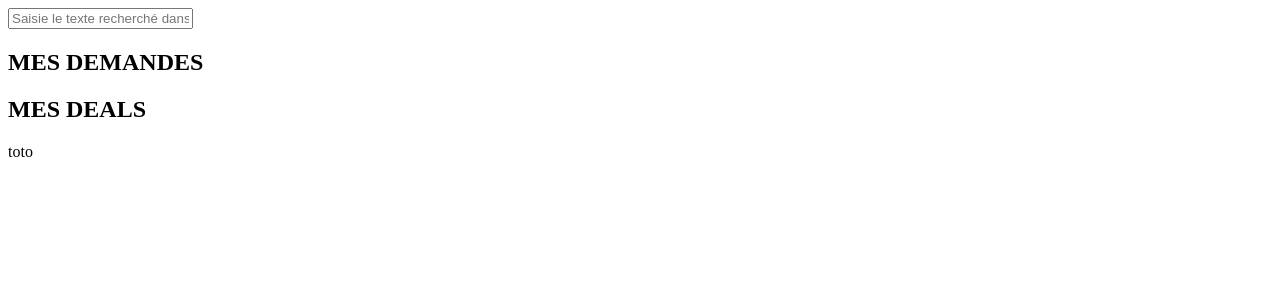
Repository: ProjetManiax/Projet-Maniax
Page: http://localhost/database/application/views/viewDeal.php
The author's editor kept a copy of each file at every save. The page is drawn from the files as they stood at one save, then again after the next save.
The browser window is 1280 px wide. The pictures show the whole page.
The page is run by PHP 8.4 with error messages shown; the project is at /var/www/html/. application/core/MY_Config.php is not in the repository; a stand-in opens the database connection.

Above is the page before, as saved 2018-10-25 03:32:55.
Console error: SyntaxError: Unexpected token '<'

### application/views/viewDeal.php
<!DOCTYPE html>
<html lang="en">
<head>
<meta charset="utf-8" />
    <meta http-equiv="X-UA-Compatible" content="IE=edge">
    <title>Création d'un deal</title>
    <meta name="viewport" content="width=device-width, initial-scale=1">
    <script src='../jQuery/jquery-3.1.1.js'></script>
    <script src='../js/myFunctions.js'></script>
    <link rel="stylesheet" href="../css/bootstrap.min.css">
</head>
<body>
    <div>
        <input type="text" class="col-md-12 bg-light" placeholder="Saisie le texte recherché dans une offre">
    </div>
    <div class="row">
        <div class="col-md-6">
            <div>
                <h2>MES DEMANDES</h2>

            </div>
            <div>
                <h2 class="">MES DEALS</h2>
            </div>
        </div>
        <div class="col-md-6">
            <div>
            <p>toto</p>
            </div>
            <div>

            </div>
        </div>
    </div>

</body>
</html>

### index.php
<?php
/**
 * CodeIgniter
 *
 * An open source application development framework for PHP
 *
 * This content is released under the MIT License (MIT)
 *
 * Copyright (c) 2014 - 2018, British Columbia Institute of Technology
 *
 * Permission is hereby granted, free of charge, to any person obtaining a copy
 * of this software and associated documentation files (the "Software"), to deal
 * in the Software without restriction, including without limitation the rights
 * to use, copy, modify, merge, publish, distribute, sublicense, and/or sell
 * copies of the Software, and to permit persons to whom the Software is
 * furnished to do so, subject to the following conditions:
 *
 * The above copyright notice and this permission notice shall be included in
 * all copies or substantial portions of the Software.
 *
 * THE SOFTWARE IS PROVIDED "AS IS", WITHOUT WARRANTY OF ANY KIND, EXPRESS OR
 * IMPLIED, INCLUDING BUT NOT LIMITED TO THE WARRANTIES OF MERCHANTABILITY,
 * FITNESS FOR A PARTICULAR PURPOSE AND NONINFRINGEMENT. IN NO EVENT SHALL THE
 * AUTHORS OR COPYRIGHT HOLDERS BE LIABLE FOR ANY CLAIM, DAMAGES OR OTHER
 * LIABILITY, WHETHER IN AN ACTION OF CONTRACT, TORT OR OTHERWISE, ARISING FROM,
 * OUT OF OR IN CONNECTION WITH THE SOFTWARE OR THE USE OR OTHER DEALINGS IN
 * THE SOFTWARE.
 *
 * @package	CodeIgniter
 * @author	EllisLab Dev Team
 * @copyright	Copyright (c) 2008 - 2014, EllisLab, Inc. (https://ellislab.com/)
 * @copyright	Copyright (c) 2014 - 2018, British Columbia Institute of Technology (http://bcit.ca/)
 * @license	http://opensource.org/licenses/MIT	MIT License
 * @link	https://codeigniter.com
 * @since	Version 1.0.0
 * @filesource
 */

/*
 *---------------------------------------------------------------
 * APPLICATION ENVIRONMENT
 *---------------------------------------------------------------
 *
 * You can load different configurations depending on your
 * current environment. Setting the environment also influences
 * things like logging and error reporting.
 *
 * This can be set to anything, but default usage is:
 *
 *     development
 *     testing
 *     production
 *
 * NOTE: If you change these, also change the error_reporting() code below
 */
	define('ENVIRONMENT', isset($_SERVER['CI_ENV']) ? $_SERVER['CI_ENV'] : 'development');

/*
 *---------------------------------------------------------------
 * ERROR REPORTING
 *---------------------------------------------------------------
 *
 * Different environments will require different levels of error reporting.
 * By default development will show errors but testing and live will hide them.
 */
switch (ENVIRONMENT)
{
	case 'development':
		error_reporting(-1);
		ini_set('display_errors', 1);
	break;

	case 'testing':
	case 'production':
		ini_set('display_errors', 0);
		if (version_compare(PHP_VERSION, '5.3', '>='))
		{
			error_reporting(E_ALL & ~E_NOTICE & ~E_DEPRECATED & ~E_STRICT & ~E_USER_NOTICE & ~E_USER_DEPRECATED);
		}
		else
		{
			error_reporting(E_ALL & ~E_NOTICE & ~E_STRICT & ~E_USER_NOTICE);
		}
	break;

	default:
		header('HTTP/1.1 503 Service Unavailable.', TRUE, 503);
		echo 'The application environment is not set correctly.';
		exit(1); // EXIT_ERROR
}

/*
 *---------------------------------------------------------------
 * SYSTEM DIRECTORY NAME
 *---------------------------------------------------------------
 *
 * This variable must contain the name of your "system" directory.
 * Set the path if it is not in the same directory as this file.
 */
	$system_path = 'system';

/*
 *---------------------------------------------------------------
 * APPLICATION DIRECTORY NAME
 *---------------------------------------------------------------
 *
 * If you want this front controller to use a different "application"
 * directory than the default one you can set its name here. The directory
 * can also be renamed or relocated anywhere on your server. If you do,
 * use an absolute (full) server path.
 * For more info please see the user guide:
 *
 * https://codeigniter.com/user_guide/general/managing_apps.html
 *
 * NO TRAILING SLASH!
 */
	$application_folder = 'application';

/*
 *---------------------------------------------------------------
 * VIEW DIRECTORY NAME
 *---------------------------------------------------------------
 *
 * If you want to move the view directory out of the application
 * directory, set the path to it here. The directory can be renamed
 * and relocated anywhere on your server. If blank, it will default
 * to the standard location inside your application directory.
 * If you do move this, use an absolute (full) server path.
 *
 * NO TRAILING SLASH!
 */
	$view_folder = '';


/*
 * --------------------------------------------------------------------
 * DEFAULT CONTROLLER
 * --------------------------------------------------------------------
 *
 * Normally you will set your default controller in the routes.php file.
 * You can, however, force a custom routing by hard-coding a
 * specific controller class/function here. For most applications, you
 * WILL NOT set your routing here, but it's an option for those
 * special instances where you might want to override the standard
 * routing in a specific front controller that shares a common CI installation.
 *
 * IMPORTANT: If you set the routing here, NO OTHER controller will be
 * callable. In essence, this preference limits your application to ONE
 * specific controller. Leave the function name blank if you need
 * to call functions dynamically via the URI.
 *
 * Un-comment the $routing array below to use this feature
 */
	// The directory name, relative to the "controllers" directory.  Leave blank
	// if your controller is not in a sub-directory within the "controllers" one
	// $routing['directory'] = '';

	// The controller class file name.  Example:  mycontroller
	// $routing['controller'] = '';

	// The controller function you wish to be called.
	// $routing['function']	= '';


/*
 * -------------------------------------------------------------------
 *  CUSTOM CONFIG VALUES
 * -------------------------------------------------------------------
 *
 * The $assign_to_config array below will be passed dynamically to the
 * config class when initialized. This allows you to set custom config
 * items or override any default config values found in the config.php file.
 * This can be handy as it permits you to share one application between
 * multiple front controller files, with each file containing different
 * config values.
 *
 * Un-comment the $assign_to_config array below to use this feature
 */
	// $assign_to_config['name_of_config_item'] = 'value of config item';



// --------------------------------------------------------------------
// END OF USER CONFIGURABLE SETTINGS.  DO NOT EDIT BELOW THIS LINE
// --------------------------------------------------------------------

/*
 * ---------------------------------------------------------------
 *  Resolve the system path for increased reliability
 * ---------------------------------------------------------------
 */

	// Set the current directory correctly for CLI requests
	if (defined('STDIN'))
	{
		chdir(dirname(__FILE__));
	}

	if (($_temp = realpath($system_path)) !== FALSE)
	{
		$system_path = $_temp.DIRECTORY_SEPARATOR;
	}
	else
	{
		// Ensure there's a trailing slash
		$system_path = strtr(
			rtrim($system_path, '/\\'),
			'/\\',
			DIRECTORY_SEPARATOR.DIRECTORY_SEPARATOR
		).DIRECTORY_SEPARATOR;
	}

	// Is the system path correct?
	if ( ! is_dir($system_path))
	{
		header('HTTP/1.1 503 Service Unavailable.', TRUE, 503);
		echo 'Your system folder path does not appear to be set correctly. Please open the following file and correct this: '.pathinfo(__FILE__, PATHINFO_BASENAME);
		exit(3); // EXIT_CONFIG
	}

/*
 * -------------------------------------------------------------------
 *  Now that we know the path, set the main path constants
 * -------------------------------------------------------------------
 */
	// The name of THIS file
	define('SELF', pathinfo(__FILE__, PATHINFO_BASENAME));

	// Path to the system directory
	define('BASEPATH', $system_path);

	// Path to the front controller (this file) directory
	define('FCPATH', dirname(__FILE__).DIRECTORY_SEPARATOR);

	// Name of the "system" directory
	define('SYSDIR', basename(BASEPATH));

	// The path to the "application" directory
	if (is_dir($application_folder))
	{
		if (($_temp = realpath($application_folder)) !== FALSE)
		{
			$application_folder = $_temp;
		}
		else
		{
			$application_folder = strtr(
				rtrim($application_folder, '/\\'),
				'/\\',
				DIRECTORY_SEPARATOR.DIRECTORY_SEPARATOR
			);
		}
	}
	elseif (is_dir(BASEPATH.$application_folder.DIRECTORY_SEPARATOR))
	{
		$application_folder = BASEPATH.strtr(
			trim($application_folder, '/\\'),
			'/\\',
			DIRECTORY_SEPARATOR.DIRECTORY_SEPARATOR
		);
	}
	else
	{
		header('HTTP/1.1 503 Service Unavailable.', TRUE, 503);
		echo 'Your application folder path does not appear to be set correctly. Please open the following file and correct this: '.SELF;
		exit(3); // EXIT_CONFIG
	}

	define('APPPATH', $application_folder.DIRECTORY_SEPARATOR);

	// The path to the "views" directory
	if ( ! isset($view_folder[0]) && is_dir(APPPATH.'views'.DIRECTORY_SEPARATOR))
	{
		$view_folder = APPPATH.'views';
	}
	elseif (is_dir($view_folder))
	{
		if (($_temp = realpath($view_folder)) !== FALSE)
		{
			$view_folder = $_temp;
		}
		else
		{
			$view_folder = strtr(
				rtrim($view_folder, '/\\'),
				'/\\',
				DIRECTORY_SEPARATOR.DIRECTORY_SEPARATOR
			);
		}
	}
	elseif (is_dir(APPPATH.$view_folder.DIRECTORY_SEPARATOR))
	{
		$view_folder = APPPATH.strtr(
			trim($view_folder, '/\\'),
			'/\\',
			DIRECTORY_SEPARATOR.DIRECTORY_SEPARATOR
		);
	}
	else
	{
		header('HTTP/1.1 503 Service Unavailable.', TRUE, 503);
		echo 'Your view folder path does not appear to be set correctly. Please open the following file and correct this: '.SELF;
		exit(3); // EXIT_CONFIG
	}

	define('VIEWPATH', $view_folder.DIRECTORY_SEPARATOR);

/*
 * --------------------------------------------------------------------
 * LOAD THE BOOTSTRAP FILE
 * --------------------------------------------------------------------
 *
 * And away we go...
 */
require_once BASEPATH.'core/CodeIgniter.php';

### application/views/errors/html/error_php.php
<?php
defined('BASEPATH') OR exit('No direct script access allowed');
?>

<div style="border:1px solid #990000;padding-left:20px;margin:0 0 10px 0;">

<h4>A PHP Error was encountered</h4>

<p>Severity: <?php echo $severity; ?></p>
<p>Message:  <?php echo $message; ?></p>
<p>Filename: <?php echo $filepath; ?></p>
<p>Line Number: <?php echo $line; ?></p>

<?php if (defined('SHOW_DEBUG_BACKTRACE') && SHOW_DEBUG_BACKTRACE === TRUE): ?>

	<p>Backtrace:</p>
	<?php foreach (debug_backtrace() as $error): ?>

		<?php if (isset($error['file']) && strpos($error['file'], realpath(BASEPATH)) !== 0): ?>

			<p style="margin-left:10px">
			File: <?php echo $error['file'] ?><br />
			Line: <?php echo $error['line'] ?><br />
			Function: <?php echo $error['function'] ?>
			</p>

		<?php endif ?>

	<?php endforeach ?>

<?php endif ?>

</div>

### application/views/errors/html/error_exception.php
<?php
defined('BASEPATH') OR exit('No direct script access allowed');
?>

<div style="border:1px solid #990000;padding-left:20px;margin:0 0 10px 0;">

<h4>An uncaught Exception was encountered</h4>

<p>Type: <?php echo get_class($exception); ?></p>
<p>Message: <?php echo $message; ?></p>
<p>Filename: <?php echo $exception->getFile(); ?></p>
<p>Line Number: <?php echo $exception->getLine(); ?></p>

<?php if (defined('SHOW_DEBUG_BACKTRACE') && SHOW_DEBUG_BACKTRACE === TRUE): ?>

	<p>Backtrace:</p>
	<?php foreach ($exception->getTrace() as $error): ?>

		<?php if (isset($error['file']) && strpos($error['file'], realpath(BASEPATH)) !== 0): ?>

			<p style="margin-left:10px">
			File: <?php echo $error['file']; ?><br />
			Line: <?php echo $error['line']; ?><br />
			Function: <?php echo $error['function']; ?>
			</p>
		<?php endif ?>

	<?php endforeach ?>

<?php endif ?>

</div>

Loaded but not shown: system/core/CodeIgniter.php (common file); application/config/constants.php (common file); system/core/Common.php (common file); system/core/Benchmark.php (common file); system/core/Hooks.php (common file); system/core/Config.php (common file); system/core/Exceptions.php (common file); system/core/Log.php (common file); application/config/config.php (523 lines, source omitted)

After the next save:
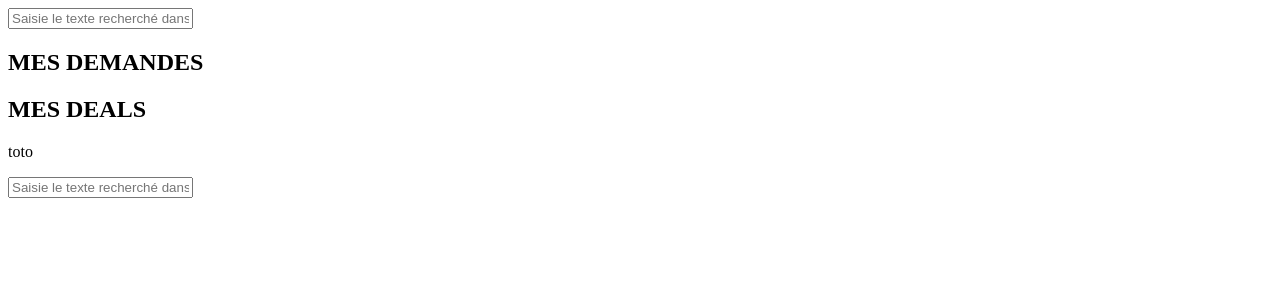
Saved 32 s later.
--- a/application/views/viewDeal.php
+++ b/application/views/viewDeal.php
@@ -32,6 +32,9 @@
             </div>
         </div>
     </div>
+    <div>
+        <input type="text" class="col-md-12 bg-light" placeholder="Saisie le texte recherché dans une offre">
+    </div>
 
 </body>
 </html>
